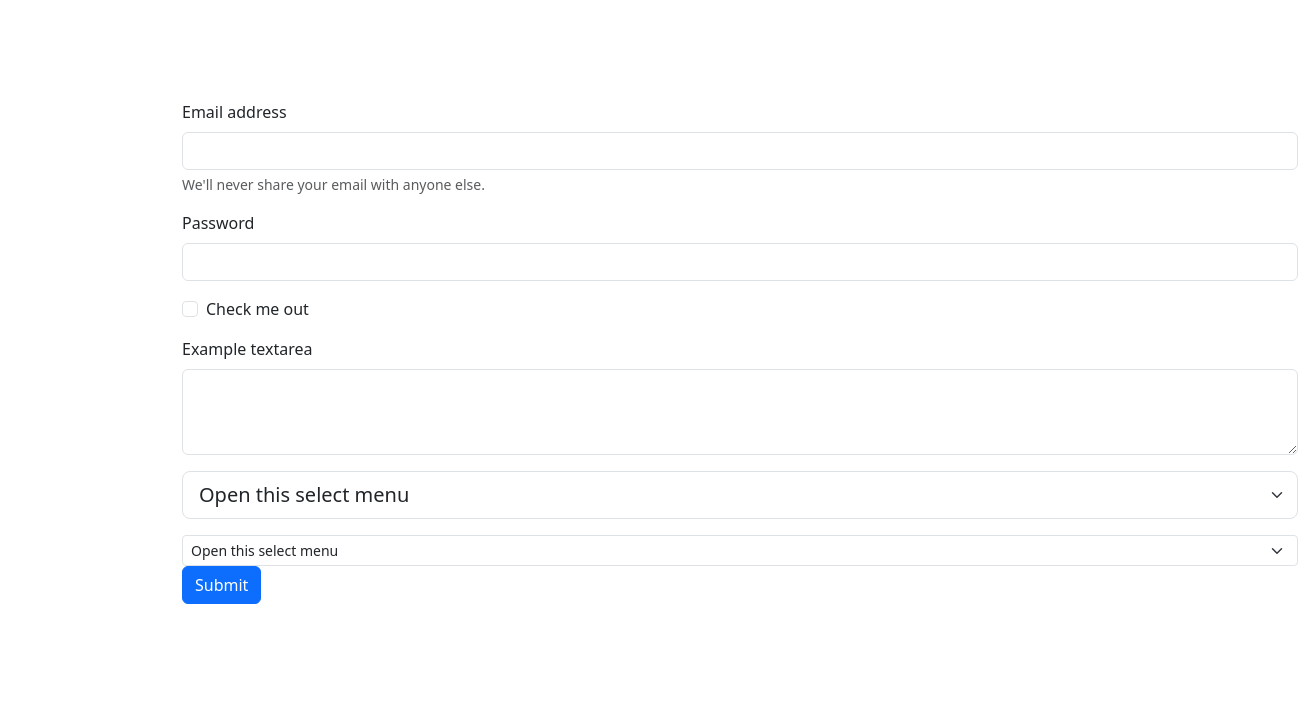
Repository: lemoueno/programme_dev_fullstack
Page: bootstrap/form/form.html
These files come from the project's save history. The page is drawn as it stood at one moment and after the next save; the edit follows.
The browser window is 1280 px wide. The page is 1310 px wide, so the pictures cover 1310 px, including what lies to the right of the window. The pictures show the whole page.

Above is the page before, as saved 2023-12-03 17:12:06.

After the next save:
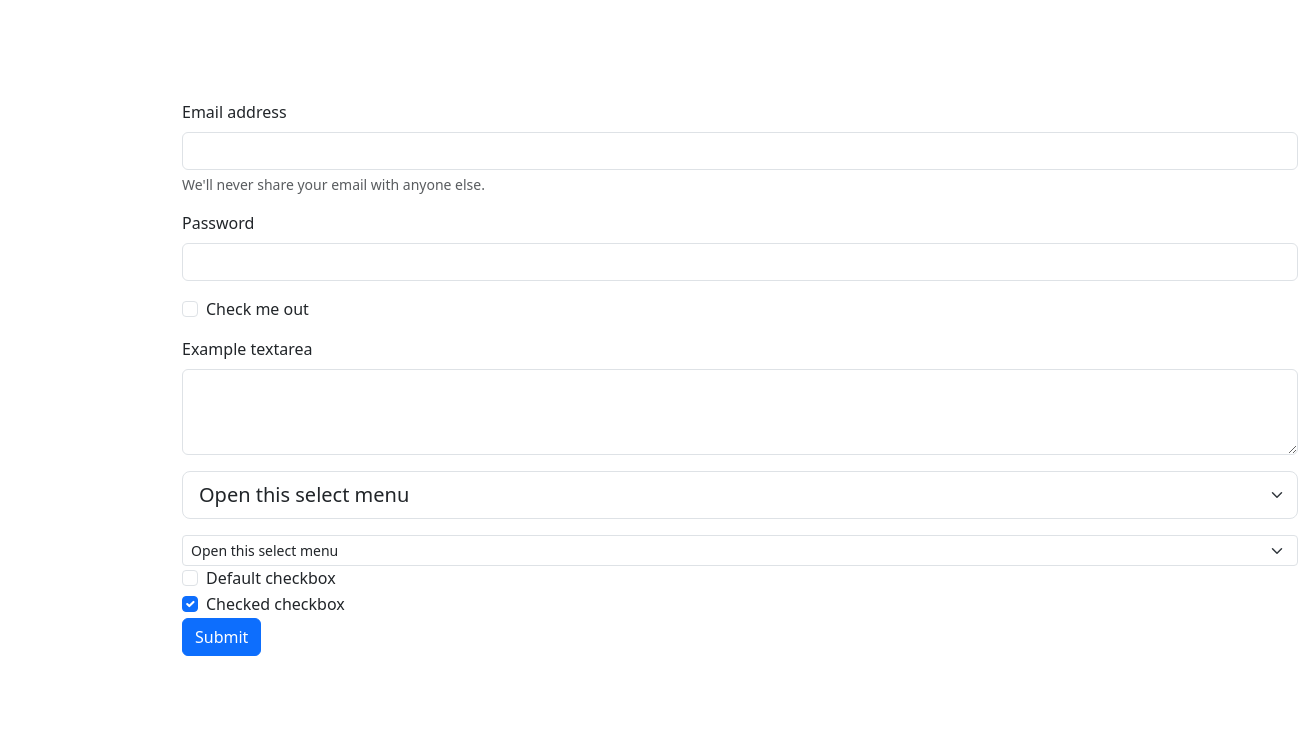
Saved 42 s later.
--- a/bootstrap/form/form.html
+++ b/bootstrap/form/form.html
@@ -40,6 +40,18 @@
                     <option value="2">Two</option>
                     <option value="3">Three</option>
                   </select>
+                  <div class="form-check">
+                    <input class="form-check-input" type="checkbox" value="" id="flexCheckDefault">
+                    <label class="form-check-label" for="flexCheckDefault">
+                      Default checkbox
+                    </label>
+                  </div>
+                  <div class="form-check">
+                    <input class="form-check-input" type="checkbox" value="" id="flexCheckChecked" checked>
+                    <label class="form-check-label" for="flexCheckChecked">
+                      Checked checkbox
+                    </label>
+                  </div>
                 <button type="submit" class="btn btn-primary">Submit</button>
               </form>
         </div>
